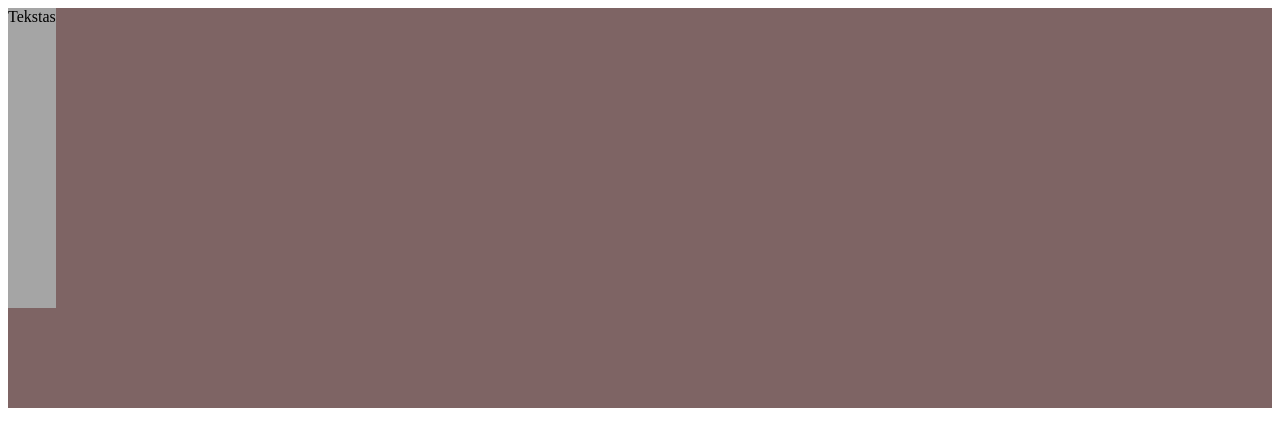
Repository: motiejus1/13-paskaita-05.31
Page: index.html
The author's editor kept a copy of each file at every save. The page is drawn from the files as they stood at one save, then again after the next save.
The browser window is 1280 px wide. The pictures show the whole page.

Above is the page before, as saved 2021-06-21 18:57:35.

After the next save:
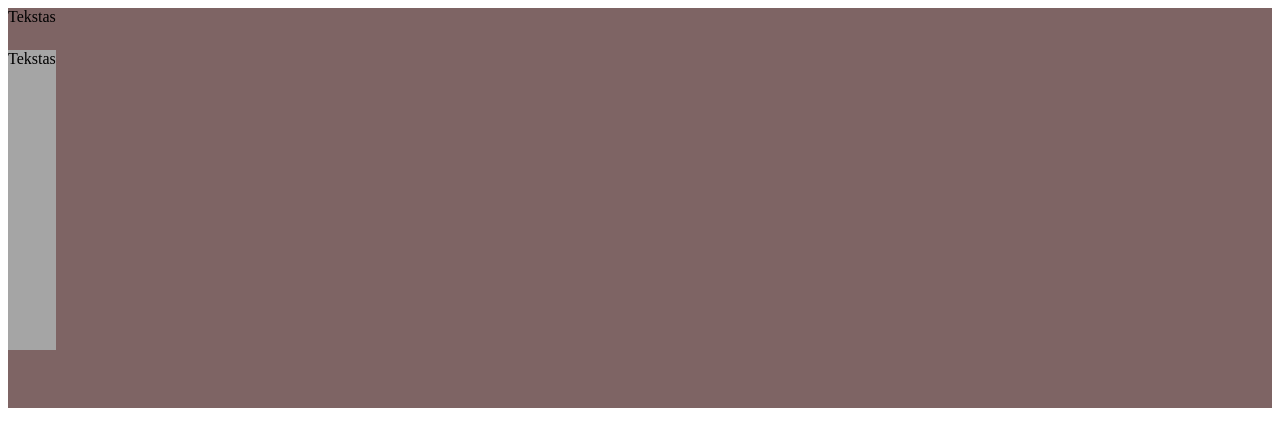
Saved 4 s later.
--- a/index.html
+++ b/index.html
@@ -10,7 +10,7 @@
             height: 300px;
             background-color: rgb(165, 165, 165) ;
             position: absolute;
-            top:
+            top: 50px;
         }
 
         .container1 {
